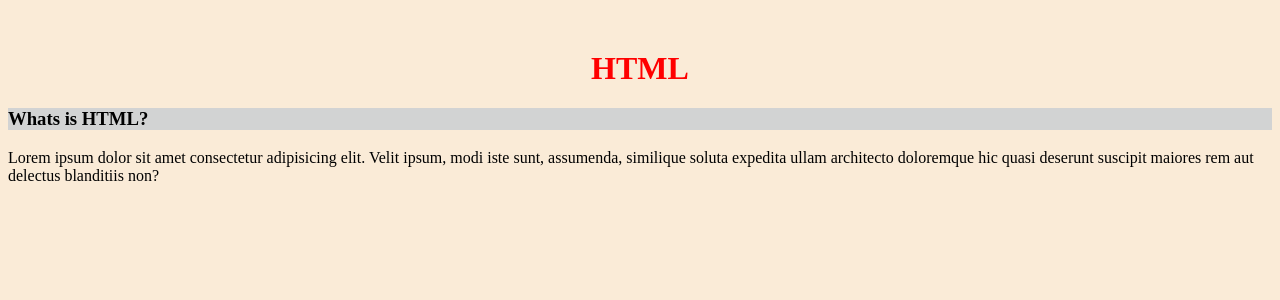
Repository: SharonSebastian32/Assignkments-9
Page: index.html
These files come from the project's save history. The page is drawn as it stood at one moment and after the next save; the edit follows.
The browser window is 1280 px wide. The pictures show the whole page.

Above is the page before, as saved 2024-09-21 20:08:09.

After the next save:
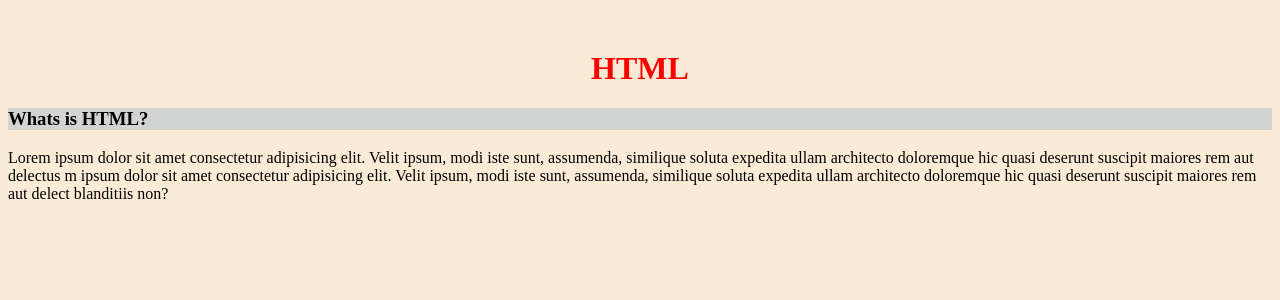
Saved 7 s later.
--- a/index.html
+++ b/index.html
@@ -24,13 +24,15 @@
     </h1>
     <h3>Whats is HTML?</h3>
 
-
-
     <div>
-        <p>Lorem ipsum dolor sit amet consectetur adipisicing elit. Velit ipsum, modi iste sunt, assumenda, similique soluta expedita ullam architecto doloremque hic quasi deserunt suscipit maiores rem aut delectus blanditiis non?</p>
+      <p>
+        Lorem ipsum dolor sit amet consectetur adipisicing elit. Velit ipsum,
+        modi iste sunt, assumenda, similique soluta expedita ullam architecto
+        doloremque hic quasi deserunt suscipit maiores rem aut delectus m ipsum
+        dolor sit amet consectetur adipisicing elit. Velit ipsum, modi iste
+        sunt, assumenda, similique soluta expedita ullam architecto doloremque
+        hic quasi deserunt suscipit maiores rem aut delect blanditiis non?
+      </p>
     </div>
-
-
-
   </body>
 </html>
